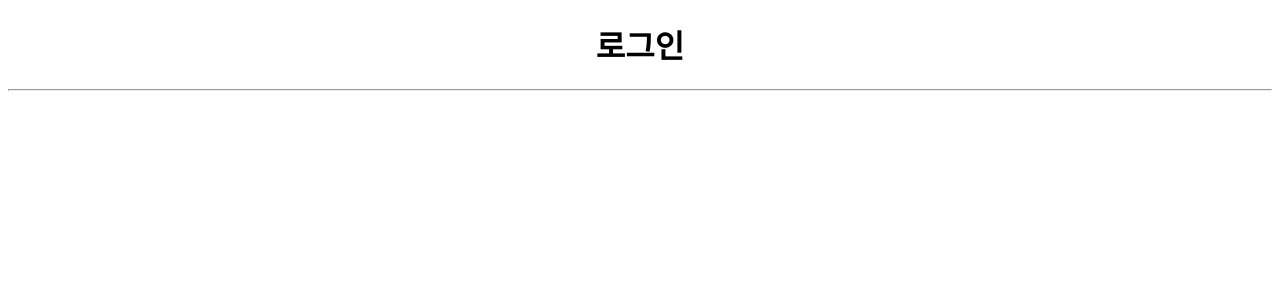
Repository: kong980/EclipseWork
Page: ServletTest3/src/main/webapp/Index.html
An editor plug-in stored every save of this project. The page is shown before and after the next save, followed by the edit.
The browser window is 1280 px wide. The pictures show the whole page.

Above is the page before, as saved 2023-09-14 03:07:33.

### ServletTest3/src/main/webapp/Index.html
<!DOCTYPE html>
<html>
<head>
<meta charset="UTF-8">
<title>로그인</title>
</head>
<body>
	<center>
		<h1>로그인</h1>
		<hr>
		<form action="#" method="post">

		</form>
	</center>
</body>
</html>

After the next save:
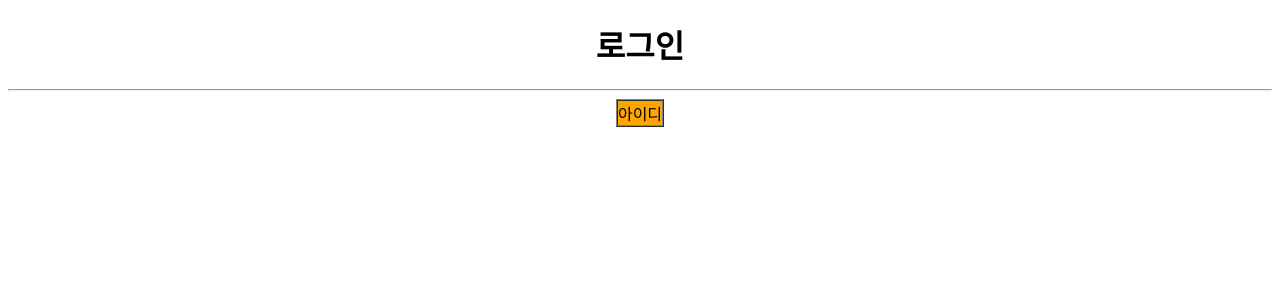
Saved 104 s later.
--- a/ServletTest3/src/main/webapp/Index.html
+++ b/ServletTest3/src/main/webapp/Index.html
@@ -9,7 +9,11 @@
 		<h1>로그인</h1>
 		<hr>
 		<form action="#" method="post">
-
+			<table border="1" cellpadding="0" cellspacing="0">
+				<tr>
+					<td bgcolor="orange">아이디</td>
+				</tr>
+			</table>
 		</form>
 	</center>
 </body>
